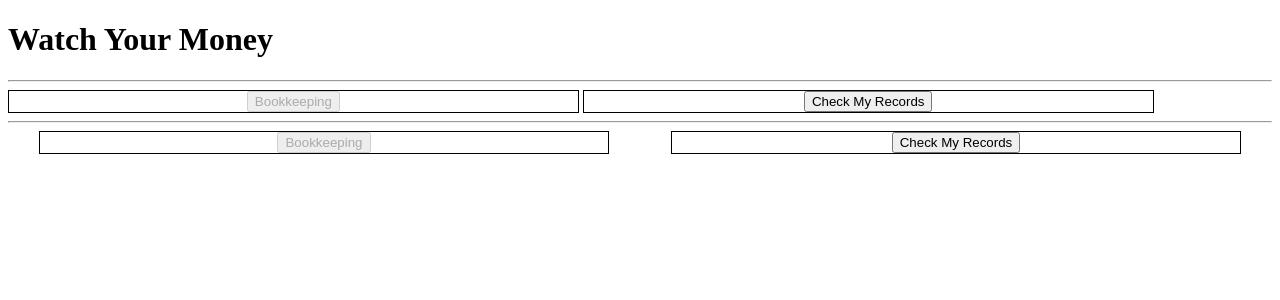
Repository: chelsea9869/Hackathon-TNT
Page: http://localhost/app/watch_your_money.php
An editor plug-in stored every save of this project. The page is shown before and after the next save, followed by the edit.
The browser window is 1280 px wide. The pictures show the whole page.
The page is run by PHP 8.4 with error messages shown; the project is at /var/www/html/.

Above is the page before, as saved 2020-09-05 10:59:44.

After the next save:
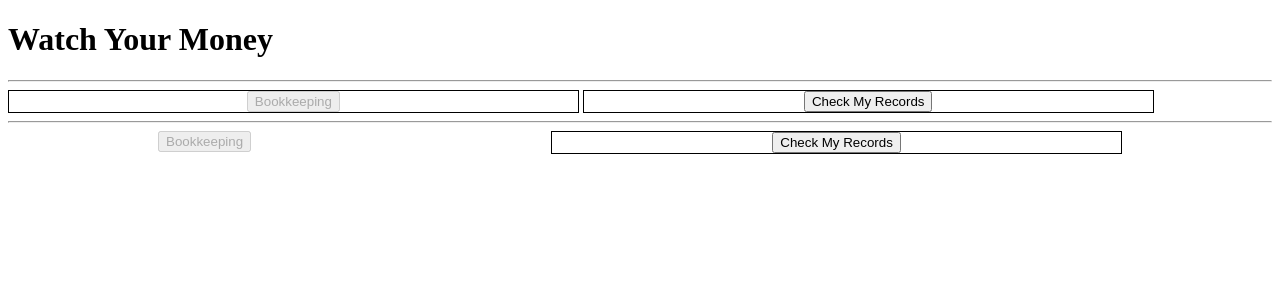
Saved 12 s later.
--- a/app/watch_your_money.php
+++ b/app/watch_your_money.php
@@ -19,7 +19,7 @@
 
     <hr>
     <div name='function' style='display: flex;justify-content: space-around;'>
-        <div id='bookkeeping' style="width:45%;text-align:center;display:inline-table;border:1px solid">
+        <div id='bookkeeping'>
             <button disabled="disabled">Bookkeeping</button>
         </div>
         <div id='check_records' style="width:45%;display:inline-table;text-align:center;border:1px solid">
